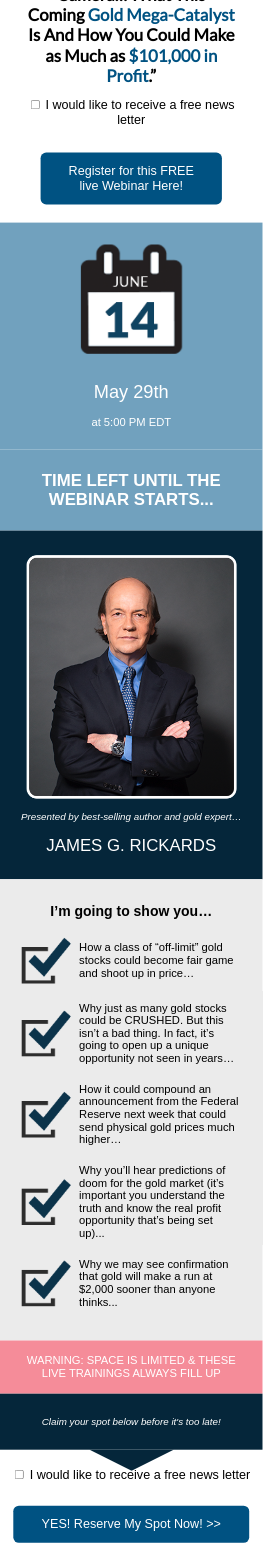
Repository: KrystellBarraza/Test
Page: index.html
An editor plug-in stored every save of this project. The page is shown before and after the next save, followed by the edit.
The browser window is 375 px wide. The pictures show the part of the page from y = 400 to 2640 px (the page is 2640 px tall before and 2632 px after), at 70% of full size.

Above is the page before, as saved 2019-10-07 11:56:05.

### index.html
<!DOCTYPE <!DOCTYPE html>
<!--[if lt IE 7]>      <html class="no-js lt-ie9 lt-ie8 lt-ie7"> <![endif]-->
<!--[if IE 7]>         <html class="no-js lt-ie9 lt-ie8"> <![endif]-->
<!--[if IE 8]>         <html class="no-js lt-ie9"> <![endif]-->
<!--[if gt IE 8]><!--> <html class="no-js"> <!--<![endif]-->
    <head>
        <meta charset="utf-8">
        <meta http-equiv="X-UA-Compatible" content="IE=edge">
        <title>Newsletter Offer</title>
        <meta name="description" content="Newsletter">
        <meta name="viewport" content="width=device-width, initial-scale=1">
        <link href="https://fonts.googleapis.com/css?family=Lato&display=swap" rel="stylesheet">
        <link rel="stylesheet" href="style.css">
    </head>
    <body>
        <div class="container-top">
            <div class="header">
                <p>Best-Selling Author and Gold Expert<br> Jim Rickards’ Presents…</p>
            </div>

            <div class="content">
                <hr style="border: 2px solid #005282">
                <br>

                <h1>“In just days a Never-Before- Seen Gold Anomaly
                    Will Create a Totally New Class of Penny Gold Stocks...
                    <br>
                    <br>
                    I’ve Enlisted One of the World’s Top Geologists
                    to Help Me Reveal... Live on Camera… What This<br>
                    Coming <span class="highlight">Gold Mega-Catalyst</span> Is And How You Could Make
                    as Much as <span class="highlight">$101,000 in Profit</span>.”
                </h1>
                <br>

                <input type="checkbox" name="signup" value="yes"><span style="font-size: 18px; font-family: arial, sans-serif;"> I would like to receive a free news letter</span><br>
                <br>
                <br>
                <div class="button-container">
                    <button class="button button-top"><span style="font-size: 18px; font-family: arial, sans-serif; font-weight: 500;">Register for this FREE <br>live Webinar Here!</span></button>
                </div>
            </div>
        </div>

        <div class="container-middle">
            <div class="blocks blocks-left">
                <img src="images/Calendar.png">
                <br>
                <br>
                <br>
                <p style="color: #fff; font-weight: 500;" class="date">May 29th</p>
                <br>
                <span class="time">at 5:00 PM EDT</span>
            </div>

            <div class="blocks blocks-right">
                <p style="color: #fff;" class="webinar">TIME LEFT UNTIL THE WEBINAR STARTS...</p>
            </div>
        </div>

        <div class="container-bottom">
            <div class="block-left">
                <img src="images/JimRickards.png">
                <br>
                <br>
                <p style="color: #fff; font-size: 14px; font-style: italic;">Presented by best-selling author and gold expert…</p>
                <br>
                <p style="color: #fff; font-size: 24px;">JAMES G. RICKARDS</p>
            </div>

            <div class="block-right">
                <p style="text-align: center; font-weight: bold;">I’m going to show you…</p>

                <table>
                    <tr>
                        <td><img src="images/checkmark.png"></td>
                        <td><p style="font-size: 16px;">How a class of “off-limit” gold stocks could become fair game and shoot up in price…</p></td>
                    </tr>

                    <tr>
                        <td><img src="images/checkmark.png"></td>
                        <td><p style="font-size: 16px;">Why just as many gold stocks could be CRUSHED. But this isn’t a bad thing.
                        In fact, it’s going to open up a unique opportunity not seen in years…</p></td>
                    </tr>

                    <tr>
                        <td><img src="images/checkmark.png"></td>
                        <td><p style="font-size: 16px;">How it could compound an announcement from the Federal Reserve next week
                        that could send physical gold prices much higher…</p></td>
                    </tr>

                    <tr>
                        <td><img src="images/checkmark.png"></td>
                        <td><p style="font-size: 16px;">Why you’ll hear predictions of doom for the gold market (it’s important you
                        understand the truth and know the real profit opportunity that’s being set up)...</p></td>
                    </tr>

                    <tr>
                        <td><img src="images/checkmark.png"></td>
                        <td><p style="font-size: 16px;">Why we may see confirmation that gold will make a run at $2,000 sooner than
                        anyone thinks...</p></td>
                    </tr>
                </table>
            </div>

        </div>

        <div class="container-footer">
            <div class="warning">
                <img src="images/exclamation.png" class="exclamation-mark"/>
                <p style="color: #fff; font-size: 16px;" class="warning-text">WARNING: SPACE IS LIMITED & THESE LIVE TRAININGS ALWAYS FILL UP</p>
            </div>

            <div class="claim">
                <p style="color: #fff; font-size: 14px; font-style: italic;">Claim your spot below before it's too late!</p>
            </div>

            <div class="checkbox">
                <input type="checkbox" name="signup" value="yes"><span style="font-size: 18px; font-family: arial, sans-serif;"> I would like to receive a free news letter</span><br>
            </div>

            <div class="closing-button">
                <button class="button button-top"><span style="font-size: 18px; font-family: arial, sans-serif; font-weight: 500;">YES! Reserve My Spot Now! >></span></button>
            </div>

            <div class="footer">
                <br>
                <br>
            </div>
        </div>

        <script src="app.js" async defer></script>
    </body>
</html>

### style.css
* {
    box-sizing: border-box;
}

html {
    scroll-behavior: smooth;
}

body {
    margin: 0;
    background-color: #fff;
}

p {
    font-family: arial, sans-serif;
    color: #000;
    margin: 0;
    font-size: 18px;
}

h1 {
    font-family: "Lato", sans-serif;
    margin: 0;
}

/* Container - Top */

.container-top {
    display: grid;
    grid-template-columns: repeat(12, 1fr);
    grid-template-rows: auto 1fr 1fr;
    grid-gap: 5px;
    grid-column-gap: 20px;
    padding-left: 24%;
    padding-right: 24%;
    padding-top: 2%;
    grid-template-areas:
    "h h h h h h h h h h h h"
    "c c c c c c c c c c c c"
    "c c c c c c c c c c c c"
    "c c c c c c c c c c c c"
    "c c c c c c c c c c c c"
    "c c c c c c c c c c c c"
    "c c c c c c c c c c c c";
}

.header {
    grid-area: h;
    text-align: center;
    line-height: 19pt;
}

.content {
    grid-area: c;
    text-align: center;
}

.highlight {
    color: #005282;
}

.button {
    background-color: #005282;
    border: none;
    color: #fff;
    padding-top: 16px;
    padding-bottom: 16px;
    padding-left: 120px;
    padding-right: 120px;
    border-radius: 8px;
}

.button-container {
    align-content: center;
}

@media screen and (max-width: 415px) {
    .container-top {
        display: grid;
        grid-template-columns: repeat(12, 1fr);
        grid-template-rows: auto 1fr 1fr;
        grid-gap: 5px;
        grid-column-gap: 20px;
        padding-left: 8%;
        padding-right: 8%;
        padding-top: 7%;
        grid-template-areas:
        "h h h h h h h h h h h h"
        "c c c c c c c c c c c c"
        "c c c c c c c c c c c c"
        "c c c c c c c c c c c c"
        "c c c c c c c c c c c c"
        "c c c c c c c c c c c c"
        "c c c c c c c c c c c c";
    }

    p {
        font-size: 15px;
    }

    h1 {
        font-size: 24px;
    }

    .button {
        padding-left: 40px;
        padding-right: 40px;
    }
}

/* Container - Middle */

.container-middle {
    display: grid;
    grid-template-columns: repeat(12, 1fr);
    grid-template-rows: auto 1fr 1fr;
    grid-gap: 5px;
    grid-column-gap: 20px;
    padding-left: 20%;
    padding-right: 20%;
    padding-top: 2%;
    grid-template-areas:
    "l l l l r r r r r r r r"
    "l l l l r r r r r r r r"
    "l l l l r r r r r r r r"
    "l l l l r r r r r r r r"
    "l l l l r r r r r r r r";
}

.blocks {
    background-color: #71a1be;
    color: #fff;
    padding-top: 30px;
    padding-bottom: 30px;
}

.blocks-left {
    grid-area: l;
    text-align: center;
}

.blocks-left > img {
    object-fit: contain;
    width: 40%;
}

.blocks-right {
    grid-area: r;
    text-align: center;
}

.time {
    font-size: 10px!important;
    font-family: arial, sans-serif;
}

@media screen and (max-width: 415px) {
    .container-middle {
        display: grid;
        grid-template-columns: repeat(12, 1fr);
        grid-template-rows: auto 1fr 1fr;
        grid-gap: 0;
        grid-column-gap: 20px;
        padding-left: 0%;
        padding-right: 0%;
        padding-top: 7%;
        grid-template-areas:
        "l l l l l l l l l l l l"
        "l l l l l l l l l l l l"
        "l l l l l l l l l l l l"
        "l l l l l l l l l l l l"
        "l l l l l l l l l l l l"
        "r r r r r r r r r r r r"
        "r r r r r r r r r r r r"
        "r r r r r r r r r r r r"
        "r r r r r r r r r r r r"
        "r r r r r r r r r r r r";
    }

    p {
        font-size: 20px;
    }

    .time {
        font-size: 16px!important;
    }

    .webinar {
        padding-left: 20px;
        padding-right: 20px;
        font-weight: 600;
        font-size: 24px;
    }

    .date {
        font-weight: 600;
        font-size: 26px;
    }
}

/* Container - Bottom */

.container-bottom {
    display: grid;
    grid-template-columns: repeat(13, 1fr);
    grid-template-rows: auto 1fr 1fr;
    grid-gap: 5px;
    grid-column-gap: 0px;
    padding-left: 20%;
    padding-right: 20%;
    padding-top: 2%;
    grid-template-areas:
    "b b b b b b g g g g g g g"
    "b b b b b b g g g g g g g"
    "b b b b b b g g g g g g g"
    "b b b b b b g g g g g g g"
    "b b b b b b g g g g g g g";
}

.block-left {
    grid-area: b;
    background-color: #05263a;
    text-align: center;
    padding-top: 35px;
    padding-bottom: 35px;
}

.block-left > img {
    object-fit: contain;
    width: 80%;
}

.block-right {
    grid-area: g;
    background-color: #ebebeb;
    color: #000;
    padding-top: 35px;
    padding-bottom: 35px;
    padding-left: 20px;
    padding-right: 20px;
}

td {
    padding-top: 15px;
}

table {
    border-spacing: 10px 10px;
}

@media screen and (max-width: 414px) {
    .container-bottom {
        display: grid;
        grid-template-columns: repeat(8, 1fr);
        grid-template-rows: auto 1fr 1fr;
        grid-gap: 0;
        grid-column-gap: 20px;
        padding: 0;
        grid-template-areas:
        "b b b b b b b b"
        "b b b b b b b b"
        "b b b b b b b b"
        "b b b b b b b b"
        "b b b b b b b b"
        "g g g g g g g g"
        "g g g g g g g g"
        "g g g g g g g g"
        "g g g g g g g g"
        "g g g g g g g g";
    }
}

/* Container - Footer */

.container-footer {
    display: grid;
    grid-template-columns: repeat(12, 1fr);
    grid-template-rows: auto 1fr 1fr;
    grid-column-gap: 20px;
    padding-left: 20%;
    padding-right: 20%;
    padding-top: 2%;
    grid-template-areas:
    "p p p p p p p p p p p p"
    "n n n n n n n n n n n n"
    "w w w w w w w w w w w w"
    "s s s s s s s s s s s s"
    "f f f f f f f f f f f f";
}

.warning {
    grid-area: p;
    background-color: #f58c99;
    text-align: center;
    align-content: center;
    padding-left: 60px;
    padding-right: 60px;
    display: flex;
}

.exclamation-mark {
    width: 45px;
    height: 45px;
    margin: 6px;
}

.warning-text {
    padding-top: 20px;
    padding-left: 25px;
    padding-bottom: 20px;
}

.claim {
    grid-area: n;
    background-color: #05263a;
    text-align: center;
    padding-top: 32px;
    padding-bottom: 32px;
    position: relative;
}

.claim::after {
    content:'';
    position: absolute;
    top: 100%;
    left: 0;
    right: 0;
    margin: 0 auto;
    width: 0;
    height: 0;
    border-top: solid 30px #05263a;
    border-left: solid 60px transparent;
    border-right: solid 60px transparent;
}

.checkbox {
    grid-area: w;
    text-align: center;
    padding-top: 26px;
    padding-bottom: 26px;
}

.closing-button {
    grid-area: s;
    text-align: center;
}

.footer {
    grid-area: f;
}

@media screen and (max-width: 414px) {
    .container-footer {
        display: grid;
        grid-template-columns: repeat(12, 1fr);
        grid-template-rows: auto 1fr 1fr;
        grid-column-gap: 20px;
        padding: 0;
        grid-template-areas:
        "p p p p p p p p p p p p"
        "n n n n n n n n n n n n"
        "w w w w w w w w w w w w"
        "s s s s s s s s s s s s"
        "f f f f f f f f f f f f"
        "f f f f f f f f f f f f"
        "f f f f f f f f f f f f";
    }

    .exclamation-mark {
        display: none;
    }

    .warning {
        padding-left: 20px;
        padding-right: 20px;
    }

    .warning-text {
        padding-left: 0;
    }
}

Loaded but not shown: app.js (no stored copy; drawn as an empty file)

After the next save:
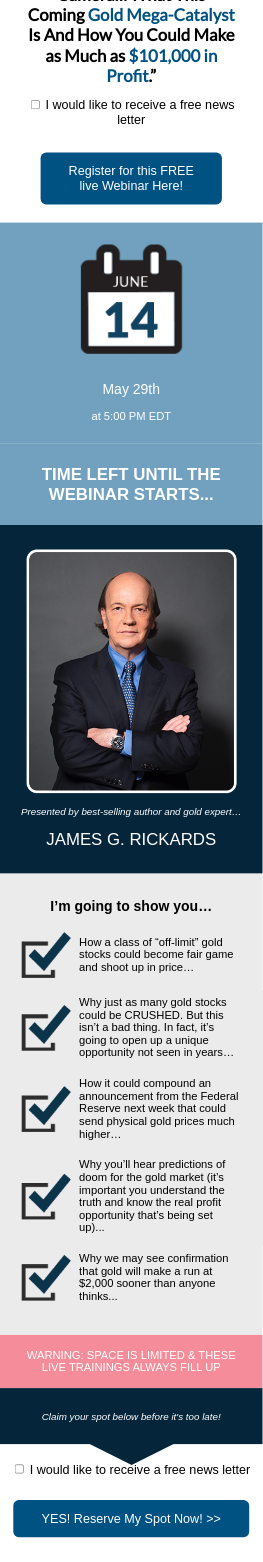
Saved 37 s later.
--- a/style.css
+++ b/style.css
@@ -192,10 +192,7 @@
         font-size: 24px;
     }
 
-    .date {
-        font-weight: 600;
-        font-size: 26px;
-    }
+
 }
 
 /* Container - Bottom */

After the 2 saves that followed:
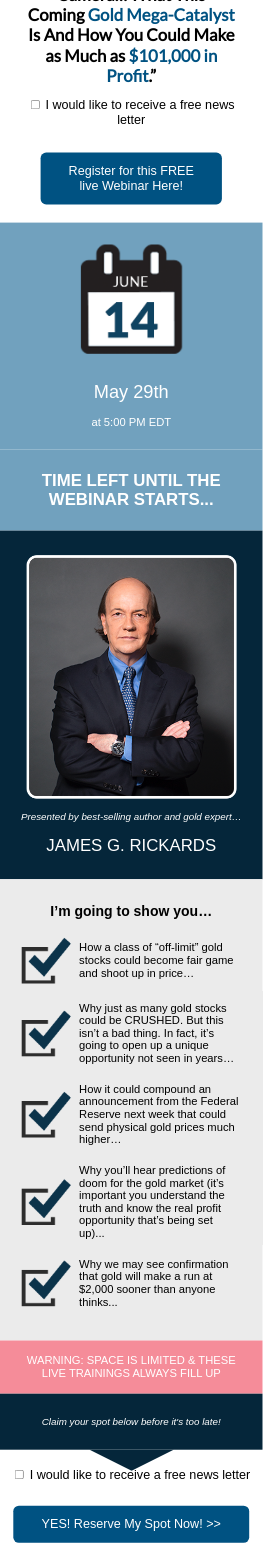
The 2 saves are shown as one change because they came seconds apart.
The last was saved 9 s later.
--- a/style.css
+++ b/style.css
@@ -192,7 +192,10 @@
         font-size: 24px;
     }
 
-
+    .date {
+        font-weight: 700;
+        font-size: 26px;
+    }
 }
 
 /* Container - Bottom */
